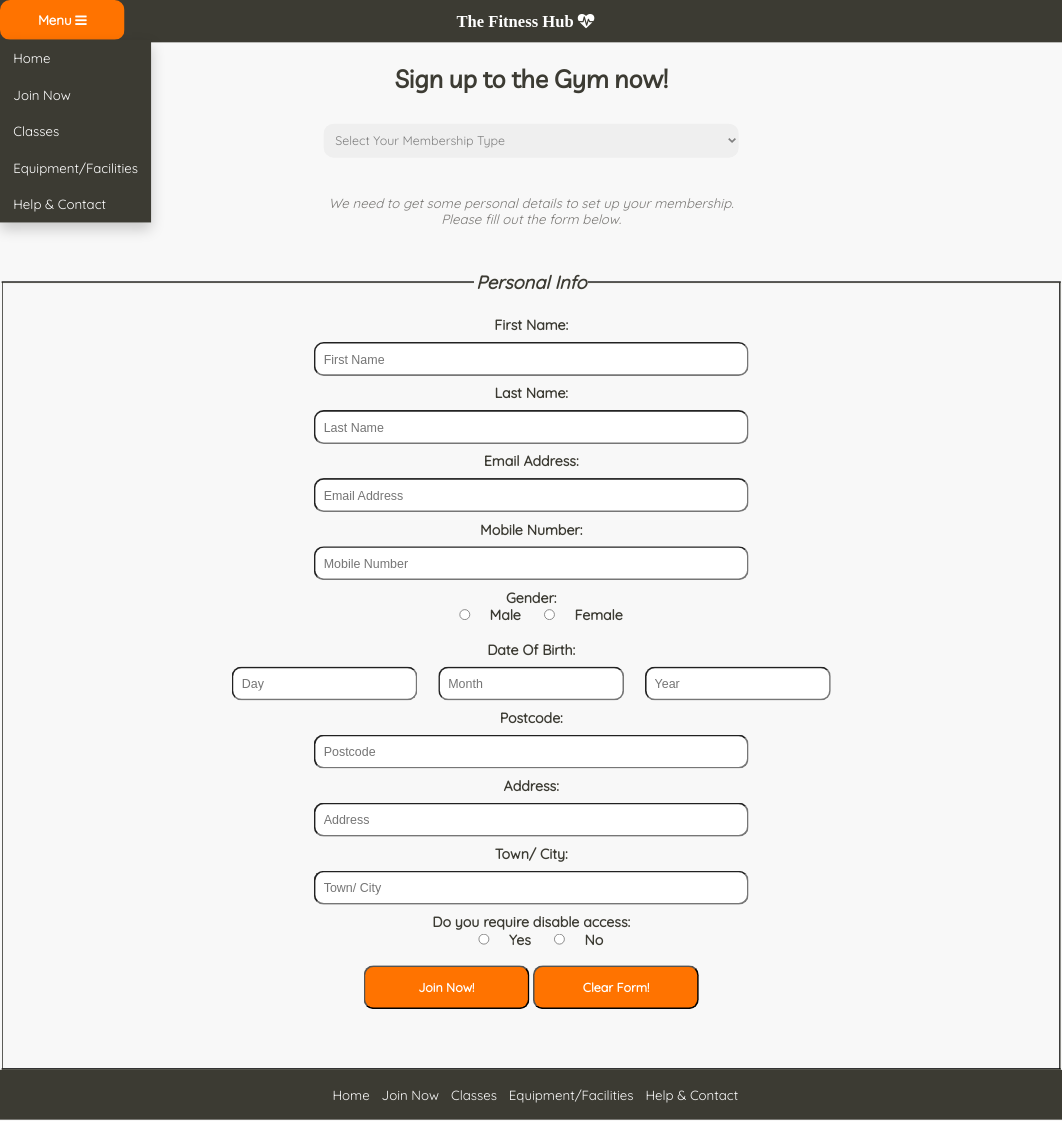
Repository: RicardoAzuul/the_fitness_hub
Page: join_now.html
The author's editor kept a record of every edit. The page is drawn from the files as they stood at one moment, then again after the next edit.
The browser window is 1280 px wide. The pictures show the whole page, at 83% of full size.
Some web fonts or font styles are not loaded; a fallback is used.

Above is the page before.

### join_now.html
<!DOCTYPE html>
<html>
    <head>
        <meta charset="UTF-8">
        <meta name="viewport" content="width=device-width, initial-scale=1.0">
        <meta http-equiv="X-UA-Compatible" content="ie=edge">
        <title>The Fitness Hub</title>
        <link rel="stylesheet" href="https://cdnjs.cloudflare.com/ajax/libs/font-awesome/4.7.0/css/font-awesome.min.css">
        <link rel="stylesheet" href="css/style.css" type="text/css">
        <link href="https://fonts.googleapis.com/css?family=Livvic&display=swap" rel="stylesheet">
        <link href="https://fonts.googleapis.com/css?family=Quicksand&display=swap" rel="stylesheet">
        <link href="https://fonts.googleapis.com/css?family=Turret+Road&display=swap" rel="stylesheet">
    </head>
    <body>
        <header>
            <div class="navbar">
           <div class="dropdown">
           <button class="dropbtn">Menu
           <i class="fa fa-bars"></i>
           </button>
           <div class="dropdown-content">
           <a href="index.html">Home</a>
           <a href="join_now.html">Join Now</a>
           <a href="classes.html">Classes</a>
           <a href="equipment.html">Equipment/Facilities</a>
           <a href="help_and_contact.html">Help & Contact</a>
           </div>
           </div>
           <a href="index.html" class="logo"><b style="font-size: 20px;color: white;">The Fitness Hub
           <i class="fa fa-heartbeat"></i></b>
           </a>
           </div>
        </header>
        <h2 class="sign_up">Sign up to the Gym now!</h2>
        <div class="row">
         <select class="options">
        <option value="">Select Your Membership Type</option>
         <option value="Day pass" required="required">Day Pass - £4.99</option>
         <option value="Month pass" required="required">Monthly - £14.99</option>
        </select>
        <br><br>
    <p class="Warning">We need to get some personal details to set up your membership.<br> Please fill out the form below.</p>
    <br><br>
    <form>
    <fieldset>
        <legend>Personal Info</legend>
        <br>
        <div class="info">
        First Name:<br>
        <input type="text" name="firstname" placeholder="First Name" required="required"><br>
        Last Name:<br>
        <input type="text" name="lastname" placeholder="Last Name" required="required"><br>
        Email Address:<br>
        <input type="email" name="email" placeholder="Email Address" required="required"><br>
        Mobile Number:<br>
        <input type="text" name="number" placeholder="Mobile Number" required="required"><br>
        Gender:<br>
        <input type="radio" name="gender" value="male" class="box" required="required">Male
        <input type="radio" name="gender" value="female" class="box" required="required">Female
        <br><br>
        Date Of Birth:<br>
        <input type="day" name="day" placeholder="Day" class="dob" required="required">
        <input type="text" name="month" placeholder="Month" class="dob" required="required">
        <input type="year" name="year" placeholder="Year" class="dob" required="required"><br>
        Postcode:<br>
        <input type="postcode" name="postcode" placeholder="Postcode" required="required"><br>
        Address:<br>
        <input type="address" name="address" placeholder="Address" required="required"><br>
        Town/ City:<br>
        <input type="town" name="town" placeholder="Town/ City" required="required"><br>
        Do you require disable access:<br>
        <input type="radio" name="disable" value="yes" class="box" required="required">Yes
        <input type="radio" name="disable" value="no" class="box" required="required">No
        <br><br>
        <button type="submit" onclick="alert('Form has been submitted! Please check your mailbox for your email confirmation.')">Join Now!</button>
        <button type="reset">Clear Form!</button>
        <br><br>
        </div>
    </fieldset>
    </form>
    </div>
     <footer>
            <div id="footer-details" class="row">
            <a href="index.html">Home</a>
           <a href="join_now.html">Join Now</a>
           <a href="classes.html">Classes</a>
           <a href="equipment.html">Equipment/Facilities</a>
           <a href="help_and_contact.html">Help & Contact</a>
        </footer>
    </body>
    </html>

Loaded but not shown: css/style.css (1271 lines, source omitted)

After the next edit:
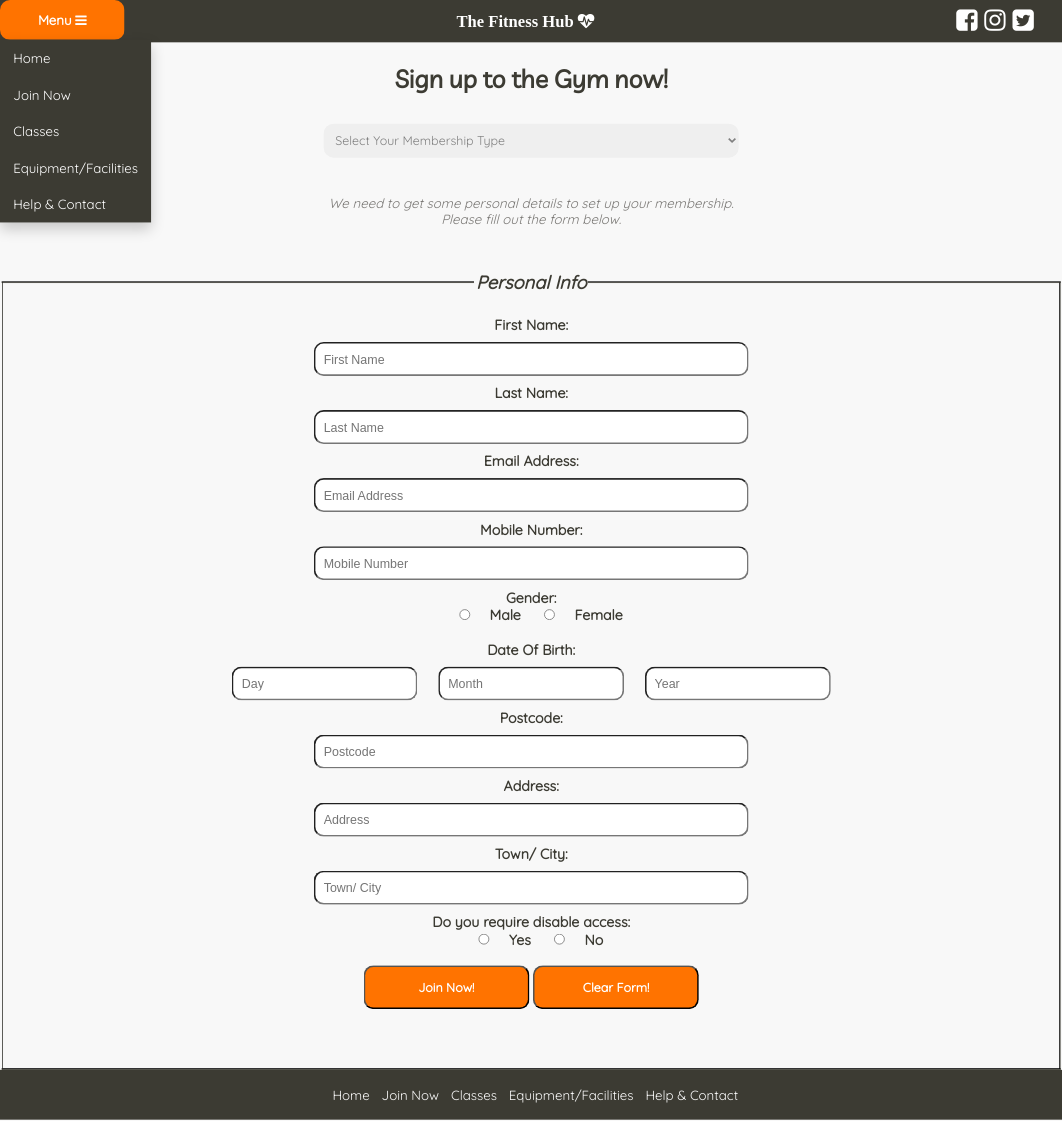
The edit:
--- a/join_now.html
+++ b/join_now.html
@@ -29,6 +29,11 @@
            <a href="index.html" class="logo"><b style="font-size: 20px;color: white;">The Fitness Hub
            <i class="fa fa-heartbeat"></i></b>
            </a>
+           <div class="front-social">
+           <i class="fa fa-facebook-square"></i>
+           <i class="fa fa-instagram"></i>
+           <i class="fa fa-twitter-square"></i>
+           </div>
            </div>
         </header>
         <h2 class="sign_up">Sign up to the Gym now!</h2>
